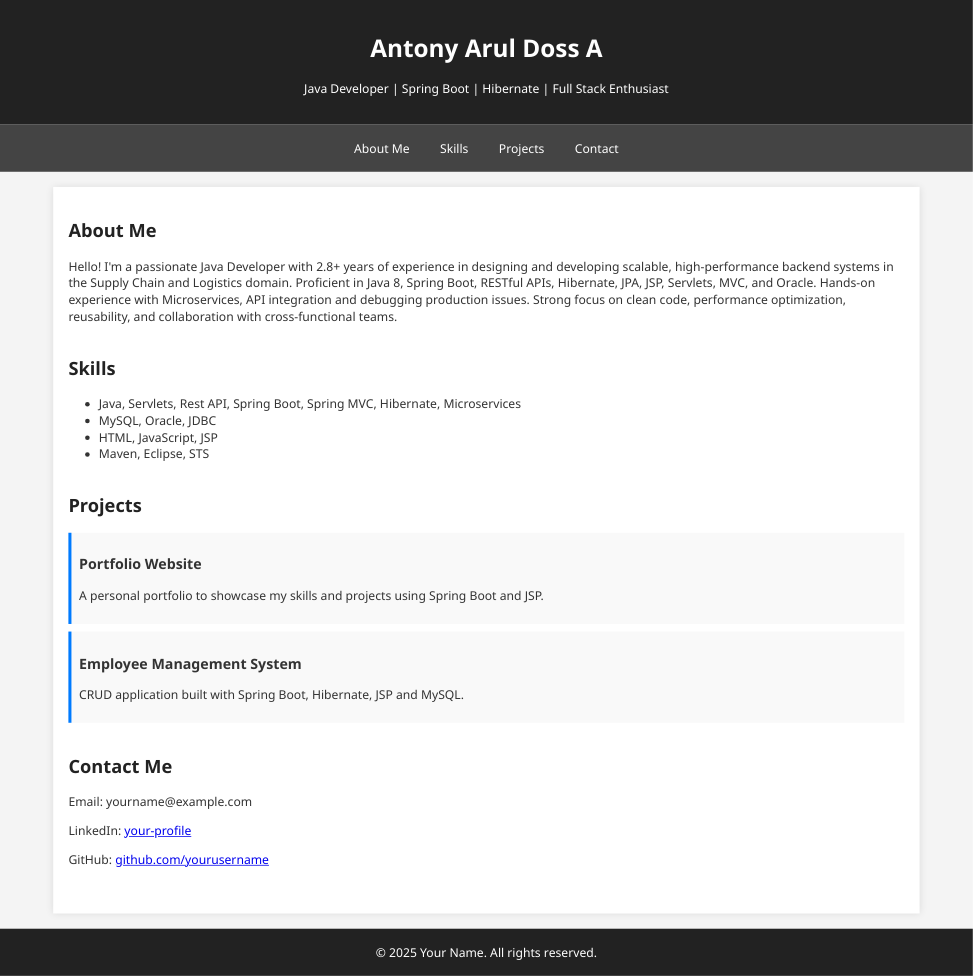
Repository: das-source/portfolio-springboot
Page: http://localhost/portfolio/WEB-INF/views/index.jsp
The author's editor kept a copy of each file at every save. The page is drawn from the files as they stood at one save, then again after the next save.
The browser window is 1280 px wide. The pictures show the whole page, at 76% of full size.
The page is served by Tomcat 9. Nobody is signed in. The template is opened directly, without the code that normally fills it, so the values that code supplies are empty.

Above is the page before, as saved 2025-08-05 10:13:06.

After the next save:
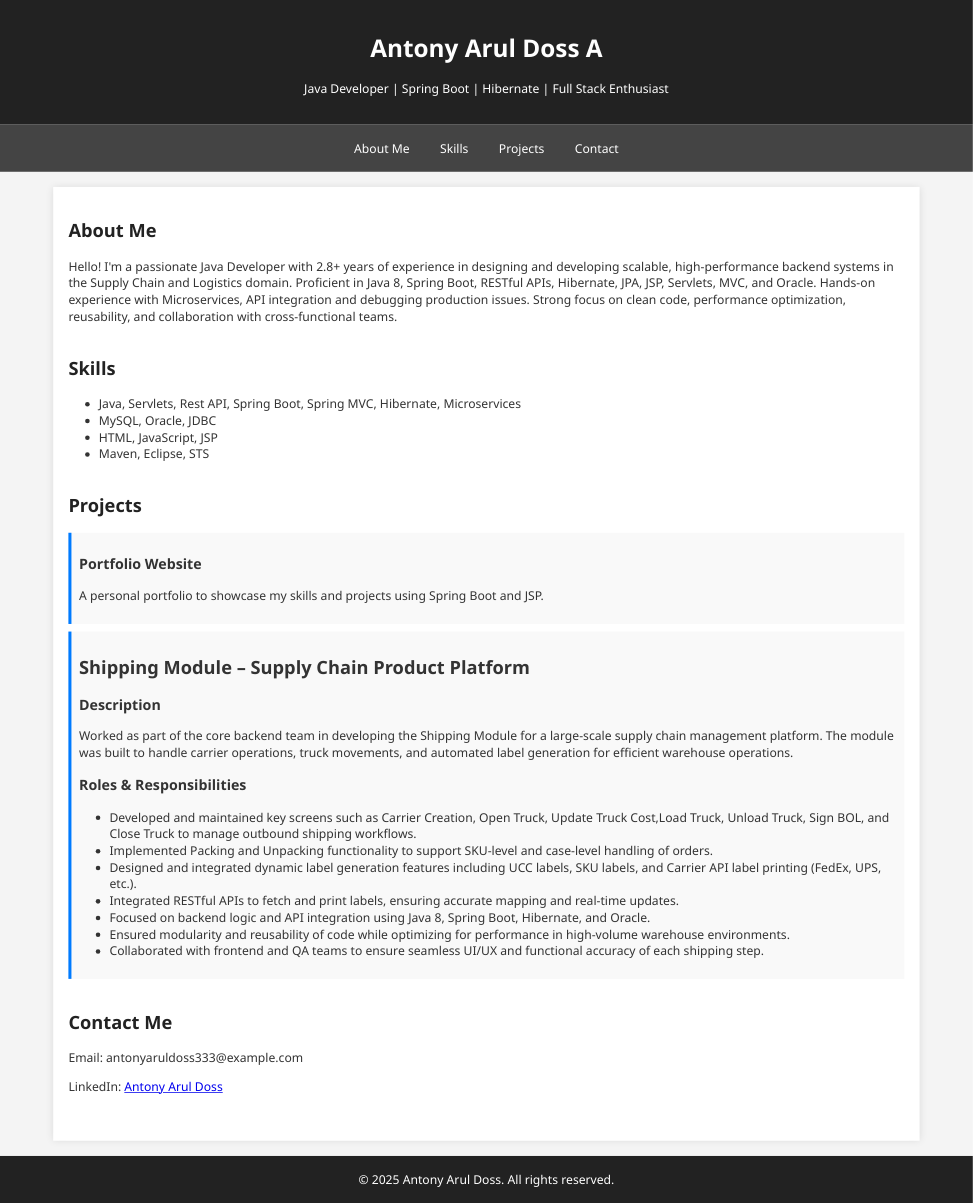
Saved 8 min 37 s later.
--- a/portfolio/src/main/webapp/WEB-INF/views/index.jsp
+++ b/portfolio/src/main/webapp/WEB-INF/views/index.jsp
@@ -120,23 +120,39 @@
             <p>A personal portfolio to showcase my skills and projects using Spring Boot and JSP.</p>
         </div>
         <div class="project">
-            <h3>Employee Management System</h3>
-            <p>CRUD application built with Spring Boot, Hibernate, JSP and MySQL.</p>
+            <h1>Shipping Module – Supply Chain Product Platform</h1>
+			<h3>Description</h3>
+            <p>Worked as part of the core backend team in developing the Shipping Module for a large-scale supply chain management
+			platform. The module was built to handle carrier operations, truck movements, and automated label generation for
+			efficient warehouse operations.</p>
+
+			<h3>Roles & Responsibilities</h3>
+			<ul>
+				 	<li>Developed and maintained key screens such as Carrier Creation, Open Truck, Update Truck Cost,Load Truck,
+					Unload Truck, Sign BOL, and Close Truck to manage outbound shipping workflows.</li>
+					<li>Implemented Packing and Unpacking functionality to support SKU-level and case-level handling of orders.</li>
+					<li>Designed and integrated dynamic label generation features including UCC labels, SKU labels, and Carrier API label
+					printing (FedEx, UPS, etc.).</li>
+					<li>Integrated RESTful APIs to fetch and print labels, ensuring accurate mapping and real-time updates.</li>
+					<li>Focused on backend logic and API integration using Java 8, Spring Boot, Hibernate, and Oracle.</li>
+					<li>Ensured modularity and reusability of code while optimizing for performance in high-volume warehouse environments.</li>
+					<li>Collaborated with frontend and QA teams to ensure seamless UI/UX and functional accuracy of each shipping step.</li>
+
+			 </ul>
         </div>
         <!-- Add more projects here -->
     </section>
 
     <section id="contact">
         <h2>Contact Me</h2>
-        <p>Email: yourname@example.com</p>
-        <p>LinkedIn: <a href="https://www.linkedin.com/in/your-profile/" target="_blank">your-profile</a></p>
-        <p>GitHub: <a href="https://github.com/yourusername" target="_blank">github.com/yourusername</a></p>
+        <p>Email: antonyaruldoss333@example.com</p>
+        <p>LinkedIn: <a href="https://linkedin.com/in/antony-arul-doss-a-b5621b1a4" target="_blank">Antony Arul Doss</a></p>
     </section>
 
 </div>
 
 <footer>
-    &copy; 2025 Your Name. All rights reserved.
+    &copy; 2025 Antony Arul Doss. All rights reserved.
 </footer>
 
 </body>
